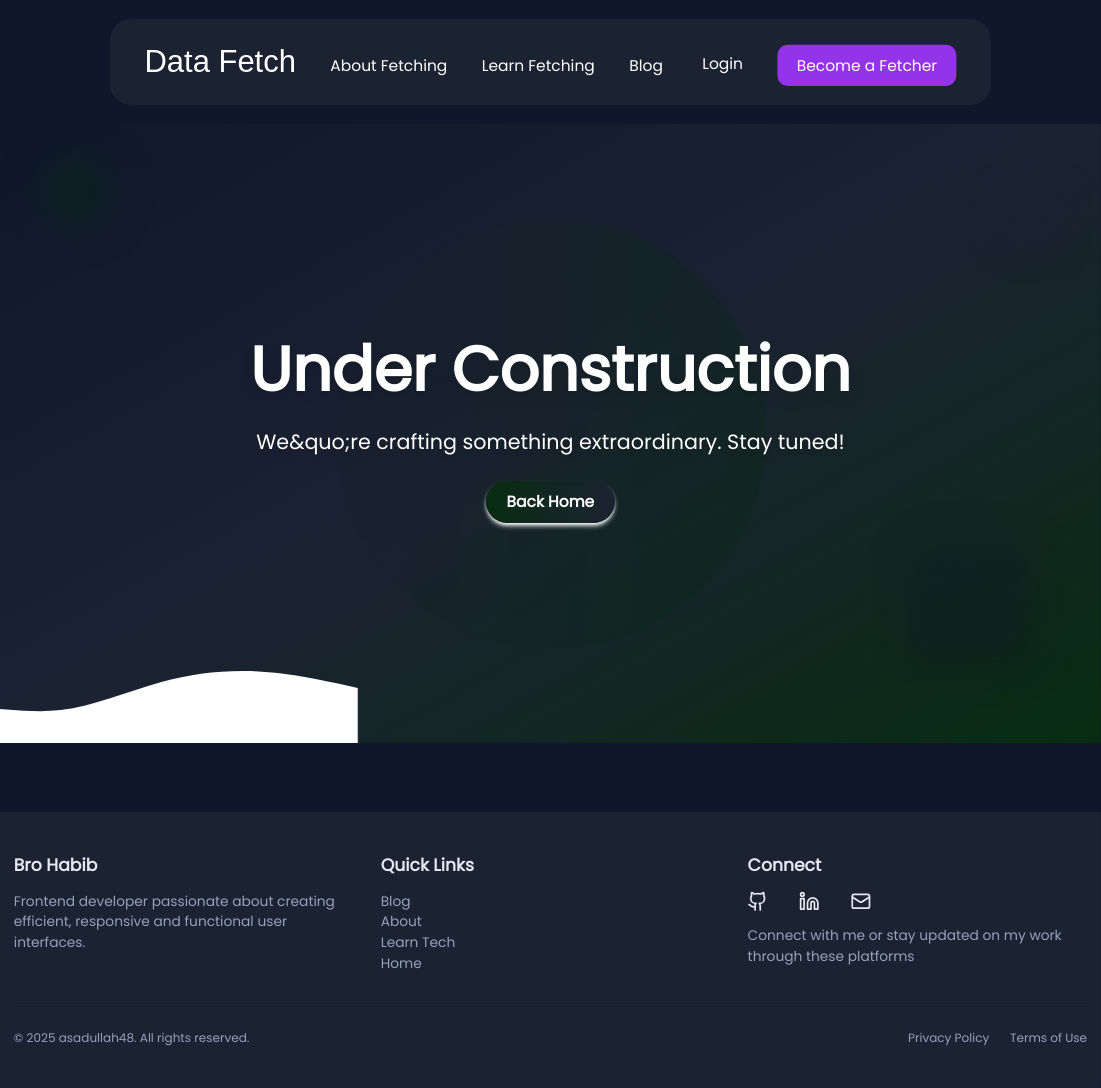
Repository: asadullah48/data-fetch
Page: /learnTech
An editor plug-in stored every save of this project. The page is shown before and after the next save, followed by the edit.
The browser window is 1280 px wide. The pictures show the whole page, at 86% of full size.
Some web fonts or font styles are not loaded; a fallback is used. The project was rebuilt for these pictures with package versions that can differ from the ones it lists, and the page was loaded fresh each time. The framework's server and built-in components were replaced by stand-ins that run in the browser. Also part of the build but not shown: next.config.mjs.

Above is the page before, as saved 2025-01-15 13:57:25.

After the next save:
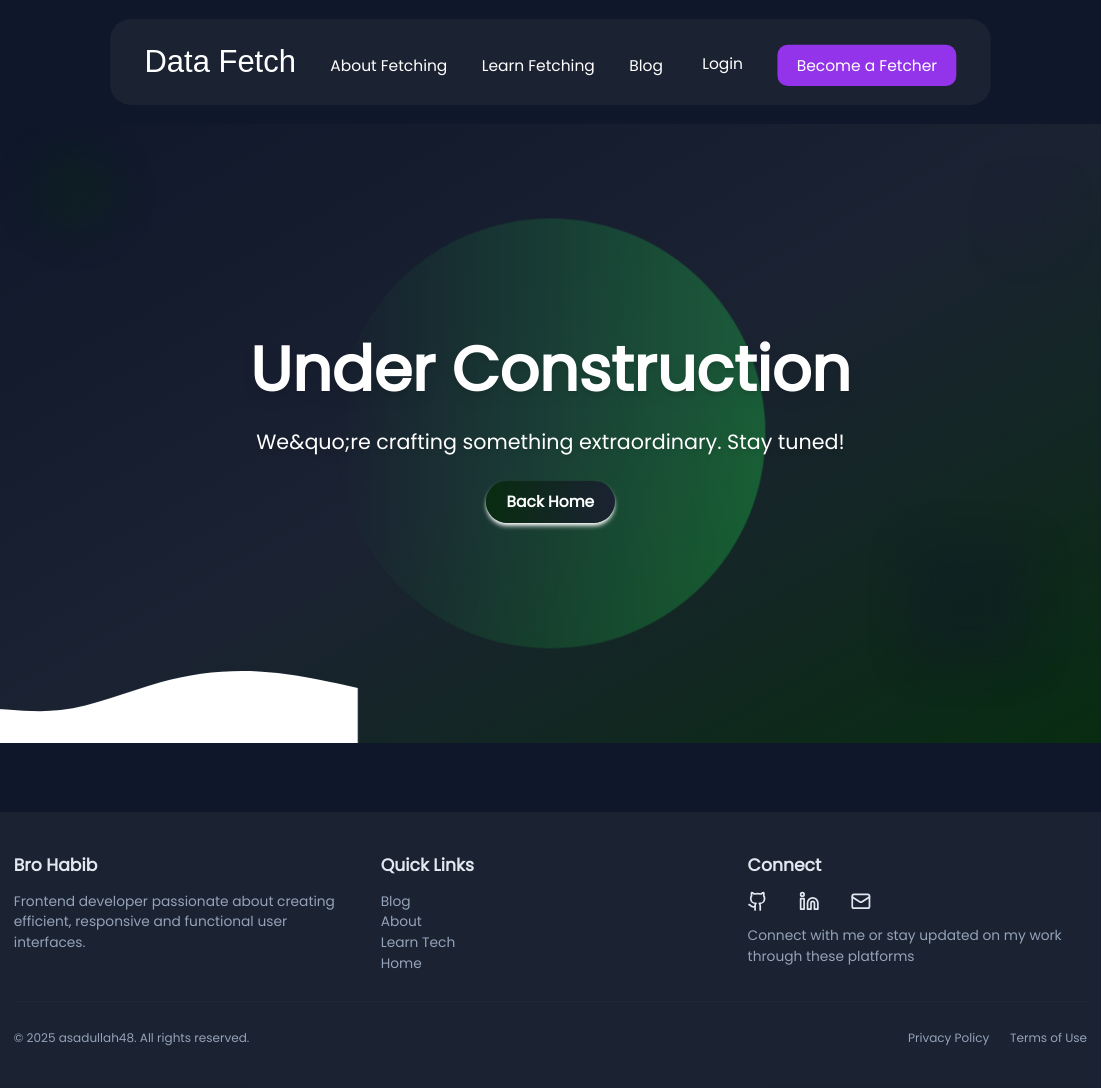
Saved 93 s later.
--- a/src/app/learnTech/page.tsx
+++ b/src/app/learnTech/page.tsx
@@ -6,7 +6,7 @@ export default function learnTechPage() {
     <div className="h-screen flex items-center justify-center bg-gradient-to-br from-[#0f172a] via-[#1b2232] to-[#082c11] relative overflow-hidden">
             {/* Background Elements */}
             <div className="absolute inset-0 flex justify-center items-center">
-                <div className="w-[500px] h-[500px] bg-gradient-to-r from-[#1b2232] to-[#082c11] rounded-full opacity-20 animate-pulse"></div>
+                <div className="w-[500px] h-[500px] bg-gradient-to-r from-[#1b2232] to-[#1fe951] rounded-full opacity-20 animate-pulse"></div>
             </div>
 
             {/* Floating Animated Shapes */}
